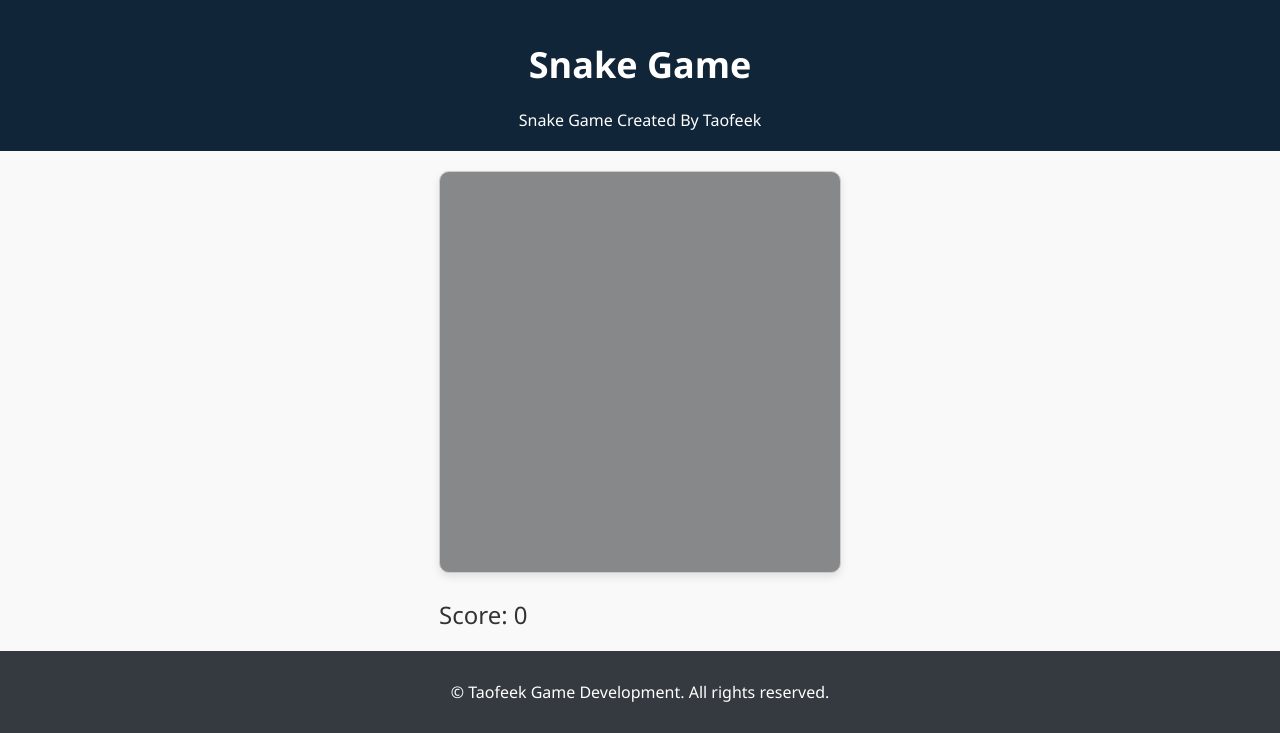
Repository: Taofeekolusola/Landing-page
Page: index.html
The author's editor kept a copy of each file at every save. The page is drawn from the files as they stood at one save, then again after a run of saves.
The browser window is 1280 px wide. The pictures show the whole page.

Above is the page before, as saved 2024-05-06 18:17:07.
Not found: script.js

After the next 2 saves:
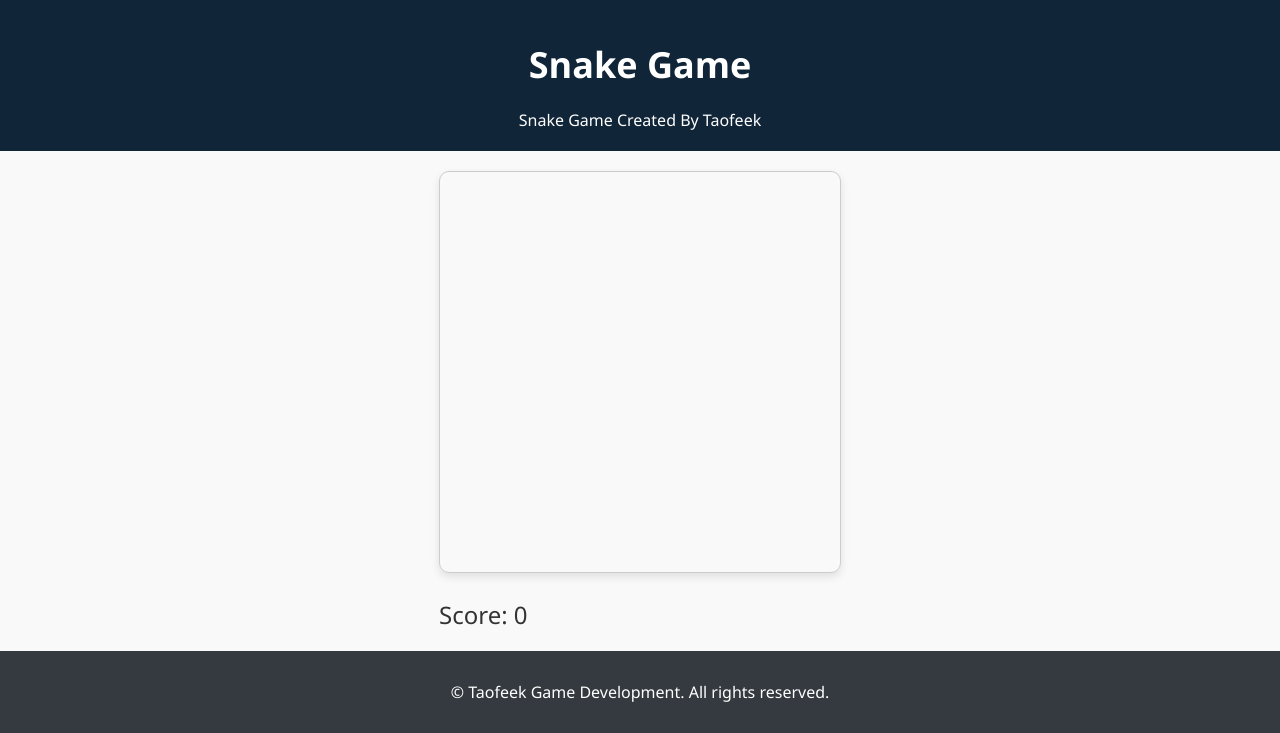
The 2 saves are shown as one change because they came seconds apart.
The last was saved 12 min 26 s later.
--- a/styles.css
+++ b/styles.css
@@ -32,6 +32,7 @@ header h1 {
     width: 400px;
     margin-top: 20px;
     background-color: #87888a
+    background-image: url('background-image.jpg');
 }
 
 main {
